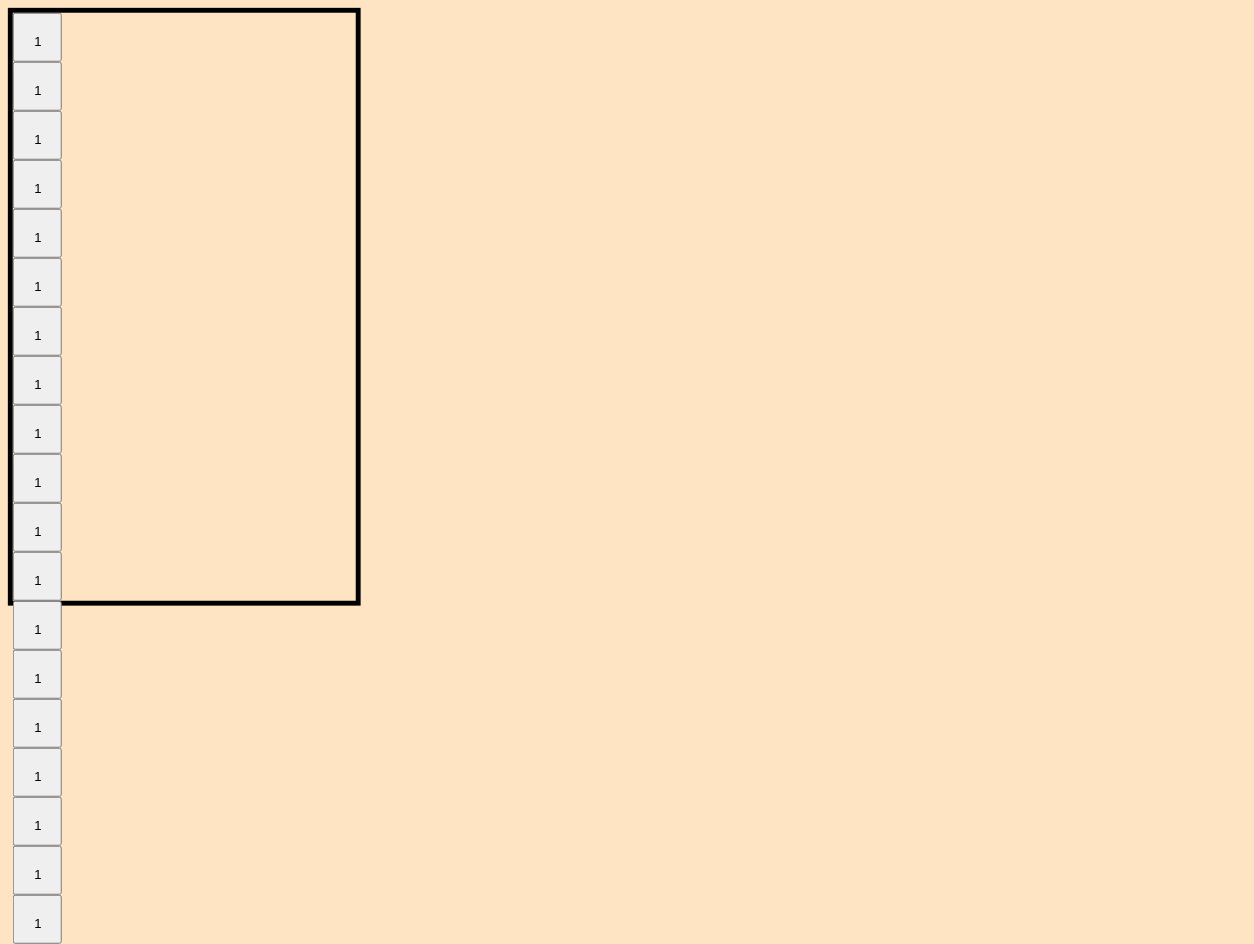
Repository: noahcallen/LAB-calculator
Page: index.html
The author's editor kept a copy of each file at every save. The page is drawn from the files as they stood at one save, then again after the next save.
The browser window is 1280 px wide. The pictures show the whole page, at 98% of full size.

Above is the page before, as saved 2024-07-10 18:49:28.

After the next save:
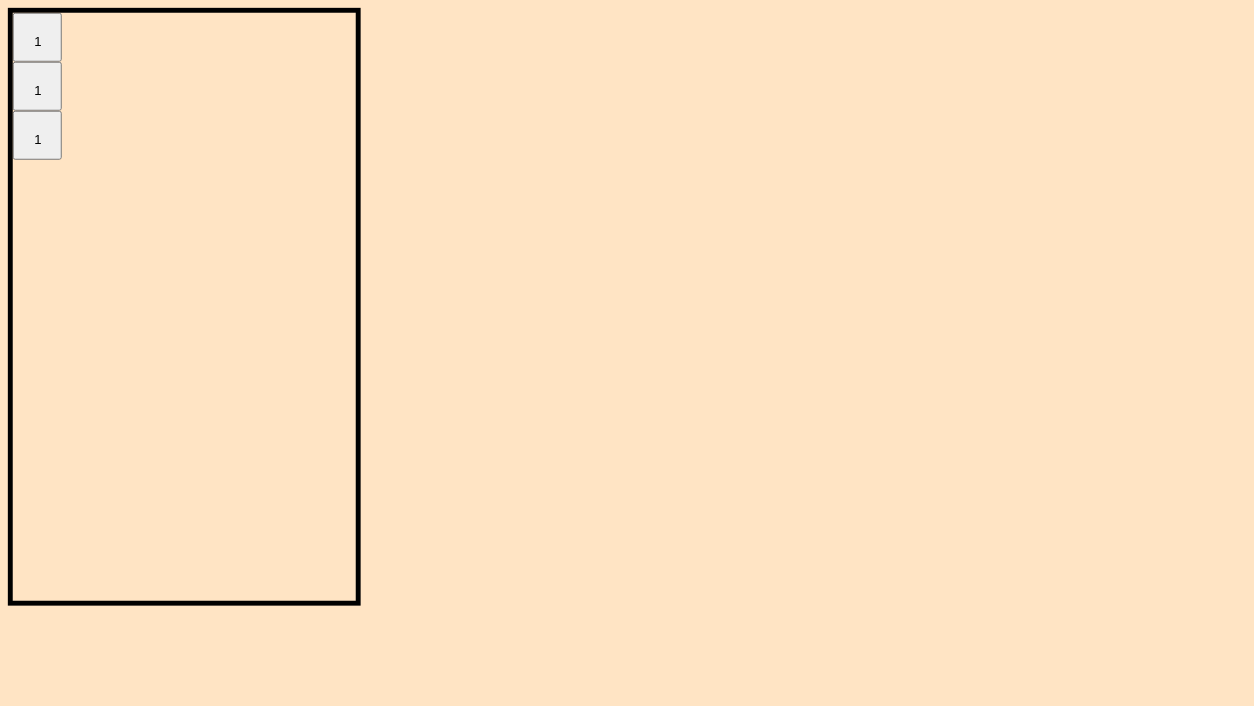
Saved 15 s later.
--- a/index.html
+++ b/index.html
@@ -11,6 +11,15 @@
   <div class="container">
     <div class="row">
       <div class="col-4">
+        <button type="button" class="btn btn-primary">1</button>
+      </div>
+      <div class="col">
+        <button type="button" class="btn btn-primary">1</button>
+      </div>
+      <div class="col">
+        <button type="button" class="btn btn-primary">1</button>
+      </div>
+      <!-- <div class="col">
         <button type="button" class="btn btn-primary">1</button>
       </div>
       <div class="col">
@@ -57,16 +66,7 @@
       </div>
       <div class="col">
         <button type="button" class="btn btn-primary">1</button>
-      </div>
-      <div class="col">
-        <button type="button" class="btn btn-primary">1</button>
-      </div>
-      <div class="col">
-        <button type="button" class="btn btn-primary">1</button>
-      </div>
-      <div class="col">
-        <button type="button" class="btn btn-primary">1</button>
-      </div>
+      </div> -->
   </div>
 
   </div>
